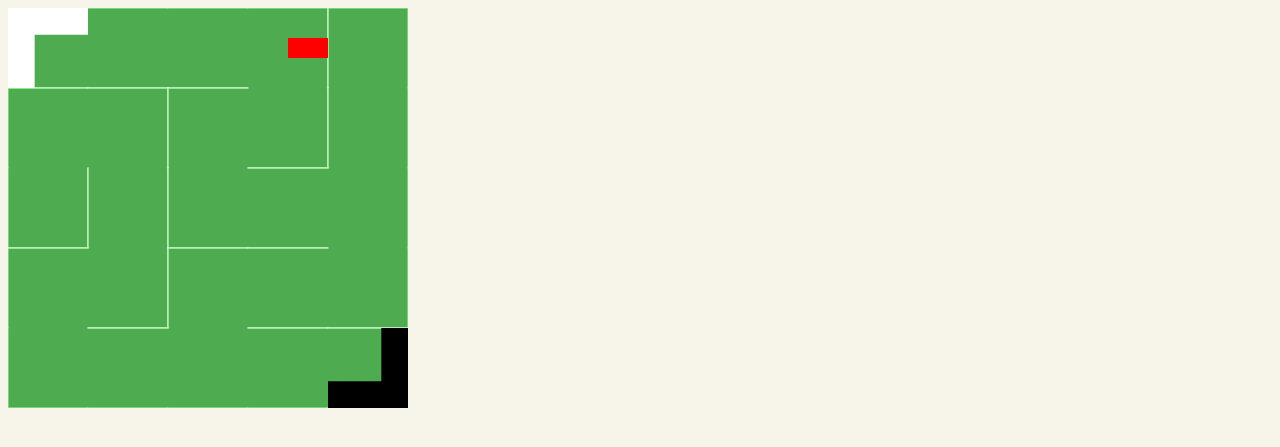
Repository: animarcus/maze-generator
Page: index.html
These files come from the project's save history. The page is drawn as it stood at one moment and after the next save; the edit follows.
The browser window is 1280 px wide. The pictures show the whole page.
Some web libraries are served in a nearby version.

Above is the page before, as saved 2020-09-12 18:55:42.

### index.html
<!DOCTYPE html>
<html lang="en">
<head>
  <link rel="apple-touch-icon" sizes="180x180" href="/icons/apple-touch-icon.png">
  <link rel="icon" type="image/png" sizes="32x32" href="/icons/favicon-32x32.png">
  <link rel="icon" type="image/png" sizes="16x16" href="/icons/favicon-16x16.png">
  <link rel="manifest" href="/icons/site.webmanifest">
  <link rel="mask-icon" href="/icons/safari-pinned-tab.svg" color="#5bbad5">
  <link rel="shortcut icon" href="/icons/favicon.ico">
  <meta name="msapplication-TileColor" content="#da532c">
  <meta name="msapplication-config" content="/icons/browserconfig.xml">
  <meta name="theme-color" content="#ffffff">

  <script type="text/javascript" src="https://cdn.jsdelivr.net/npm/p5@1.1.4/lib/p5.min.js"></script>
  <script src="js/cell.js"></script>
  <script src="js/sketch.js"></script>
  <script src="js/solver.js"></script>


  <link rel="stylesheet" href="css/style.css">
  <meta charset="UTF-8">
  <meta name="viewport" content="width=device-width, initial-scale=1.0, maximum-scale=1.0, user-scalable=0">
  <title>Maze Generator</title>
</head>
<body>
</body>
</html>

### js/cell.js
class Cell {
  constructor(i, j) {
    this.i = i;
    this.j = j;
    this.walls = [true,true,true,true];
    this.visited = false;
  }
  checkNeighbors() {
    let neighbors = [];
    // console.log(index(i+1  , j   ));
    let top     = grid[index(this.i    , this.j-1 )];
    let right   = grid[index(this.i+1  , this.j   )];
    let bottom  = grid[index(this.i    , this.j +1)];
    let left    = grid[index(this.i-1  , this.j   )];
    if (top && !top.visited) {
      neighbors.push(top);
    }
    if (right && !right.visited) {
      neighbors.push(right);
    }
    if (bottom && !bottom.visited) {
      neighbors.push(bottom);
    }
    if (left && !left.visited) {
      neighbors.push(left);
    }
    if (neighbors.length > 0) {
      let r = floor(Math.random() * neighbors.length);
      return neighbors[r];
    } else {
      return undefined;
    }
  }
  highlight() {
    let x = this.i * w;
    let y = this.j * w;
    fill(150, 0, 0, 255);
    noStroke();
    rect(x, y, w, w);
  }
  show() {
    let x = this.i*w;
    let y = this.j*w;
    stroke(255);
    if (this.walls[0]) {
      line(x,y,x+w,y);
    }
    if (this.walls[1]) {
      line(x+w,y,x+w,y+w);
    }
    if (this.walls[2]) {
      line(x+w,y+w,x,y+w);
    }
    if (this.walls[3]) {
      line(x,y+w,x,y);
    }
    if (this.visited) {
      noStroke();
      fill(100, 255, 100, 150);
      rect(x, y, w, w);
    }
  }
}

### js/sketch.js



let cols, rows;
let w = 80;
let grid = [];
let current;
let stack = [new Cell(0, 0)];

let generated;
let solveOK;


function setup() {
  createCanvas(400,400);
  cols = floor(width/w);
  rows = floor(width/w);

  // frameRate(7);

  generated = false;
  solveOK = false;

  for (let j = 0; j < rows; j++) {
    for (let i = 0; i < cols; i++) {
      let cell = new Cell(i,j);
      grid.push(cell);
    }
  }
  current = grid[0];
}

function draw() {
  background(51);
  for (let i = 0; i < grid.length; i++) {
    grid[i].show();
  }
  if (!generated) {
    maze.generateMaze();
  } else if (solveOK) {
    maze.solveMaze();
  }
}


let maze = {
  generateMaze : function() {
    current.visited = true;
    current.highlight();
    let next = current.checkNeighbors();
    // console.log(stack);
    if (next) {
      next.visited = true;
      //step 2
      stack.push(next);
      //step 3
      removeWalls(current, next);
      //step 4
      current = next;
    } else if (stack.length > 0) {
      current = stack.pop();
      if (stack.length == 0) {
        frameRate(3);
        // console.log("no");
        solver = new Solver(0, 0);
        generated = true;

        solveOK = true;
      }
    }
  },
  solveMaze : function() {
    // grid[0].highlight();
    noStroke();
    fill(color("white"));
    rect(grid[0].i, grid[0].j, w/3, w);
    rect(grid[0].i, grid[0].j, w, w/3);
    fill(color("black"));
    rect(grid[grid.length-1].i*w + w, grid[grid.length-1].j*w + w, -w/3, -w);
    rect(grid[grid.length-1].i*w + w, grid[grid.length-1].j*w + w, -w, -w/3);

    fill(color("red"));
    // rect(solver.i+w/10,solver.j+w/10,w-w/5,w-w/5);
    solver.draw();
    solver.move();
  }
};


function index(i, j) {
  if (i < 0 || j < 0 || i > cols-1 || j > rows-1) {
    return -1;
  }
  return i + j * cols;
}


function removeWalls(a, b) {
  let x = a.i - b.i;
  if (x === 1) {
    a.walls[3] = false;
    b.walls[1] = false;
  } else if (x == -1) {
    a.walls[1] = false;
    b.walls[3] = false;
  }

  let y = a.j - b.j;
  if (y === 1) {
    a.walls[0] = false;
    b.walls[2] = false;
  } else if (y === -1) {
    a.walls[2] = false;
    b.walls[0] = false;
  }

}

### js/solver.js
let facing;
class Solver {
  constructor(x, y) {
    this.i = x;
    this.j = y;
    this.direction = -1; // up-right-down-left
  }
  draw() {
    this.current = grid[index(this.i, this.j)];

    fill(color("red"));
    // this.direction = Math.abs(this.direction);
    let x = this.i*w;
    let y = this.j*w;
    if (this.direction % 4 === 0) {
      this.facing = grid[index(this.i, this.j-1)];
      rect(x + w/2-w/8, y + w/2, w/4, -w/2);
    } else if (this.direction % 4 === 1) {
      rect(x + w/2, y + w/2-w/8, w/2, w/4);
      this.facing = grid[index(this.i+1, this.j)];
    } else if (this.direction % 4 === 2) {
      rect(x + w/2-w/8, y + w/2, w/4, w/2);
      this.facing = grid[index(this.i, this.j+1)];
    } else if (this.direction % 4 === 3) {
      rect(x + w/2, y + w/2-w/8, -w/2, w/4);
      this.facing = grid[index(this.i-1, this.j)];
    }
  }
  move() {
    console.log(" ");
    if (this.current.walls[solveDirection(this.direction)]) {
      console.log("wall in front"); // wall in front
      if (this.current.walls[solveDirection(this.direction + 1)]) {
        console.log("wall on right", solveDirection(this.direction -1)); // wall on right
        if (this.current.walls[solveDirection(this.direction - 1)]) {
          console.log("wall on left"); // wall on left
          this.direction += 1;
        } else {
          this.direction -= 1;
        }
      }
      else {
        this.direction += 1;
      }
    } else {
      if (!this.current.walls[solveDirection(this.direction + 1)]) {
        this.direction -= 1;
      } else {
        this.i = this.facing.i;
        this.j = this.facing.j;
      }
    }
    // up wall check : this.current.walls[0] && this.facing.walls[2]
    // right wall check : this.current.walls[1] && this.facing.walls[3]
    // down wall check : this.current.walls[2] && this.facing.walls[0]
    // left wall check : this.current.walls[3] && this.facing.walls[1]
  }
}


function solveDirection(dir) {
  if (dir < 0) {
    dir += 4;
  }
  if (dir % 4 === 0) {
    dir = 0;
  } else if (dir % 4 === 1) {
    dir = 1;
  } else if (dir % 4 === 2) {
    dir = 2;
  } else if (dir % 4 === 3) {
    dir = 3;
  }
  return dir;
}

### css/style.css
* {
  cursor: default;
  /* -webkit-touch-callout: none;
  -webkit-user-select: none;
  -khtml-user-select: none;
  -moz-user-select: none;
  -ms-user-select: none;
  user-select: none; */
}
body {
  background: #f7f4ea;
  height: 100%;
  overflow-y: hidden;
  overflow-x: hidden;
  /* border-radius: 50%; */
}

/* p {
  position: absolute;
  top:50%;
  left:50%;
  transform: translate(-50%,-50%);
} */

After the next save:
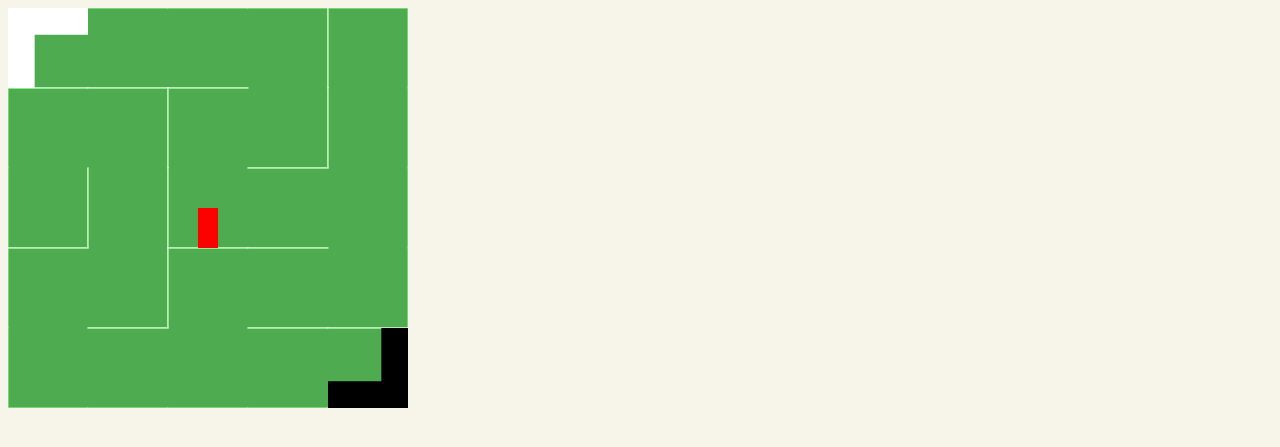
Saved 9 s later.
--- a/js/solver.js
+++ b/js/solver.js
@@ -43,12 +43,12 @@ class Solver {
         this.direction += 1;
       }
     } else {
-      if (!this.current.walls[solveDirection(this.direction + 1)]) {
-        this.direction -= 1;
-      } else {
+      // if (!this.current.walls[solveDirection(this.direction + 1)]) {
+      //   this.direction -= 1;
+      // } else {
         this.i = this.facing.i;
         this.j = this.facing.j;
-      }
+      // }
     }
     // up wall check : this.current.walls[0] && this.facing.walls[2]
     // right wall check : this.current.walls[1] && this.facing.walls[3]
